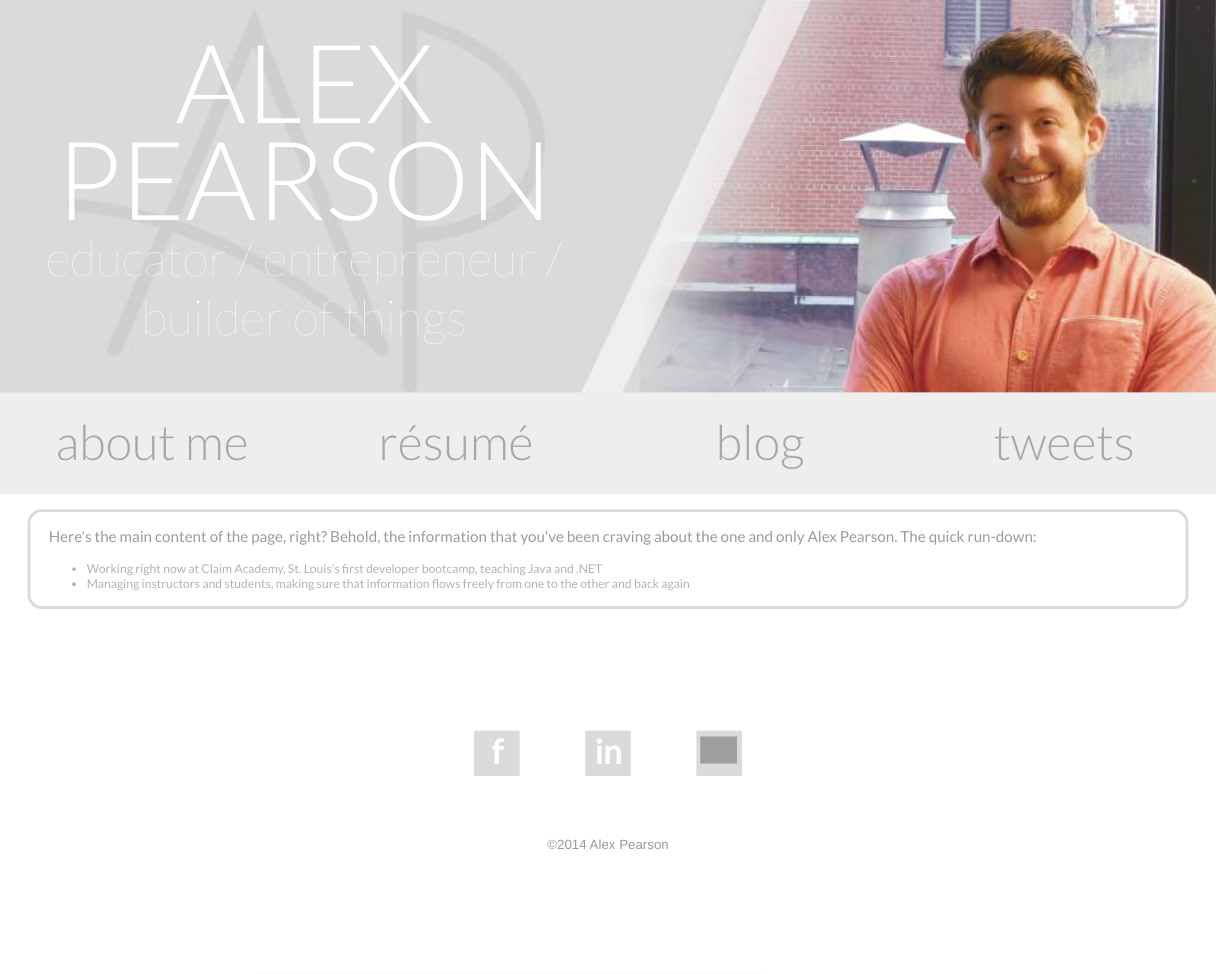
Repository: NAlexPear/personal-page
Page: tweets/index.html
The author's editor kept a record of every edit. The page is drawn from the files as they stood at one moment, then again after the next edit.
The browser window is 1280 px wide. The pictures show the whole page, at 95% of full size.
Pictures or frames that could not be fetched are drawn as grey boxes.

Above is the page before.

### tweets/index.html
<!DOCTYPE html>
<html lang="en-us">

<head>
<meta charset="utf-8">
<!-- Set the viewport width to device width for mobile -->
<meta name="viewport" content="width=device-width, initial-scale=1, maximum-scale=1, user-scalable=0">
<link rel="shortcut icon" href="../theme/images/favicon.ico" type="image/x-icon">
<link rel="icon" href="../theme/images/favicon.ico" type="image/x-icon">
<title>Alex Pearson</title>
<!-- Included CSS Files -->
<link rel="stylesheet" href="../theme/css/maintemplate2.css">
<!-- IE Fix for HTML5 Tags -->
<!--[if lt IE 9]>
		<script src="http://html5shiv.googlecode.com/svn/trunk/html5.js"></script>
	<![endif]-->

<link rel="canonical" href="http://alexpear.com">
<link rel="shortlink" href="http://alexpear.com">

<link href='https://fonts.googleapis.com/css?family=Lato:100,300,400' rel='stylesheet' type='text/css'>

<!--Scripts below-->
<script type="text/javascript" src="../theme/js/analytics.js"></script>

</head>

<body>
    <div style="background-color: #EEEEEE;">
    <div class="topstuff">
        <img src="../theme/images/alexsmilin3.jpg" width="100%" height="auto"></img>
        <div class="splash">
            <div id="splashname">
                ALEX PEARSON
            </div>
            <div id="splashtag">
                educator / entrepreneur / builder of things
            </div>
        </div>
    </div>
        <ul id="navbubbles">
            <li id="about">
                <div class="navreact">
                    <a href="http://www.alexpear.com/about" title="About Alex" alt="About Alex">
                        <div>about me</div>
                    </a>
                </div>
            </li>
            <li id="resume">
                <div class="navreact">
                    <a href="#" title="Alex's Resume" alt="Alex's Resume">
                        <div>résumé</div>
                    </a>
                </div>
            </li>
            <li id="blog">
                <div class="navreact">
                    <a href="#" title="Alex's Blog" alt="Alex's Blog">
                        <div>blog</div>
                    </a>
                </div>
            </li>
            <li id="blog">
                <div class="navreact">
                    <a href="#" title="Alex's Twitter Feed" alt="Alex's Tweets">
                        <div>tweets</div>
                    </a>
                </div>
            </li>
        </ul>
    </div>
    <div id="content-wrapper">
        <div id="content">
            <p>Here's the main content of the page, right? Behold, the information that you've been craving about the one and only Alex Pearson. The quick run-down:
            <ul>
                <li>Working right now at Claim Academy, St. Louis's first developer bootcamp, teaching Java and .NET</li>
                <li>Managing instructors and students, making sure that information flows freely from one to the other and back again</li>
            </ul>
            </p>

        </div>
    </div>

</body>
<footer>
    <div class="socialmedia">
        <ul id="socialmediabuttons">
            <li id="fb"><a href="https://www.facebook.com/alex.pearson.568" title="facebook">f</a></li>
            <li id="in"><a href="https://www.linkedin.com/pub/alex-pearson/a4/492/a16" title="linkedin">in</a></li>
            <li id="twit"><a href="https://twitter.com/NAlexPearson" title="twitter"><img src="http://i.imgur.com/KlB8yzw.png" width="80%"></a></li>

        </ul>
    </div>
    <div class="copyright">©2014 Alex Pearson</div>
</footer>

### theme/css/maintemplate2.css
html{
    -webkit-font-smoothing: antialised;
    margin:0;
}

body{
    background-color: rgb(255,255,255);
    margin:0;
}

p {
    font-family: georgia, "Times New Roman";
    font-size: 4vw;
    color: rgb(155,155,155);
}

a {
    text-decoration: none;
    color: rgba(100,100,100,0.7);
}

a:hover {
    color: rgba(100,100,100,1.0);
}

.topstuff{
    width: 100%;
}

.splash {
    width: 50%;
    position: absolute;
    margin-top: -30%;
}

#content-wrapper{
    width:95%;
    margin-left:auto;
    margin-right:auto;
    border: 0.2em solid #dadada;
    border-radius: 15px;
}

#content{
    padding-left:1.5vw;
    padding-right:1.5vw;
}

#content p{
    font-size:1em;
    font-family:'Lato', 'Helvetica', 'sans-serif';
}

#content ul{
    font-family: 'Lato', 'Helvetica', 'sans-serif';
    font-size: 0.8em;
    opacity: 0.3;
}

#splashname{
    position:relative;
    font-family: 'Lato', "sans-serif";
    text-align: center;
    font-weight: 300;
    font-size:9vw;
    line-height:90%;
    padding-bottom: 0vw;
    color: rgb(255,255,255);
}

#splashtag{
    position:relative;
    font-family:'Lato',"Sans-Serif";
    font-size:4vw;
    font-weight: 100;
    color: rgb(255,255,255);
    text-align: center;
}

#navbubbles{
    list-style-type:none;
    display:table;
    table-layout:fixed;
    width: 100%;
    padding-bottom: 2vw;
    padding-left: 0px;
}

#navbubbles li{
    display: table-cell;
    text-align: center;
    font-family: 'Lato', "Sans-Serif";
    font-size: 4vw;
    font-weight: 300;
    color:#ffffff;;
}

.navreact a{

   color:#A8A8A8;
  -o-transition:.5s color;
  -ms-transition:.5s color;
  -moz-transition:.5s color;
  -webkit-transition:.5s color;
   transition: .5s color;
}

.navreact a:hover{
    color: #51504f;
}




.socialmedia{
    margin-top: 10%;
}

footer ul { list-style: none; margin: 0 auto; overflow: hidden; padding: 0; width: 50%; min-width:200px; max-width:350px;
    margin-left: auto;
    margin-right: auto;
    display: table;
    table-layout:fixed;
}
footer ul li {display: table-cell; font-family: lato, "sans-serif"; font-size: 2.2em; font-weight: bold;}
footer ul li:last-child {margin-right: 0; }
footer ul li a { background: #DADADA; display:block; color: #fff; overflow: hidden; text-decoration: none; -webkit-transition: all .3s ease; width: 48px; height: 48px;margin-left:auto;margin-right:auto;}
footer ul li a:hover, footer ul li a:focus, footer ul li a:active { background: #51504f; color: #fff; }

#socialmediabuttons {
    text-align: center;
    /*direction:ltr;*/
}

#in{
    font-weight: bolder;
}

.copyright {
    margin-top:5%;
    margin-bottom:10%;
    text-align: center;
    font-family: helvetica, "Sans-Serif";
    font-size: 14px;
    opacity: 0.4;
}

### theme/js/analytics.js
(function(i,s,o,g,r,a,m){i['GoogleAnalyticsObject']=r;i[r]=i[r]||function(){(i[r].q=i[r].q||[]).push(arguments)},i[r].l=1*new Date();a=s.createElement(o),m=s.getElementsByTagName(o)[0];a.async=1;a.src=g;m.parentNode.insertBefore(a,m)})(window,document,'script','//www.google-analytics.com/analytics.js','ga');ga('create','UA-56023800-1','auto');ga('send','pageview');

After the next edit:
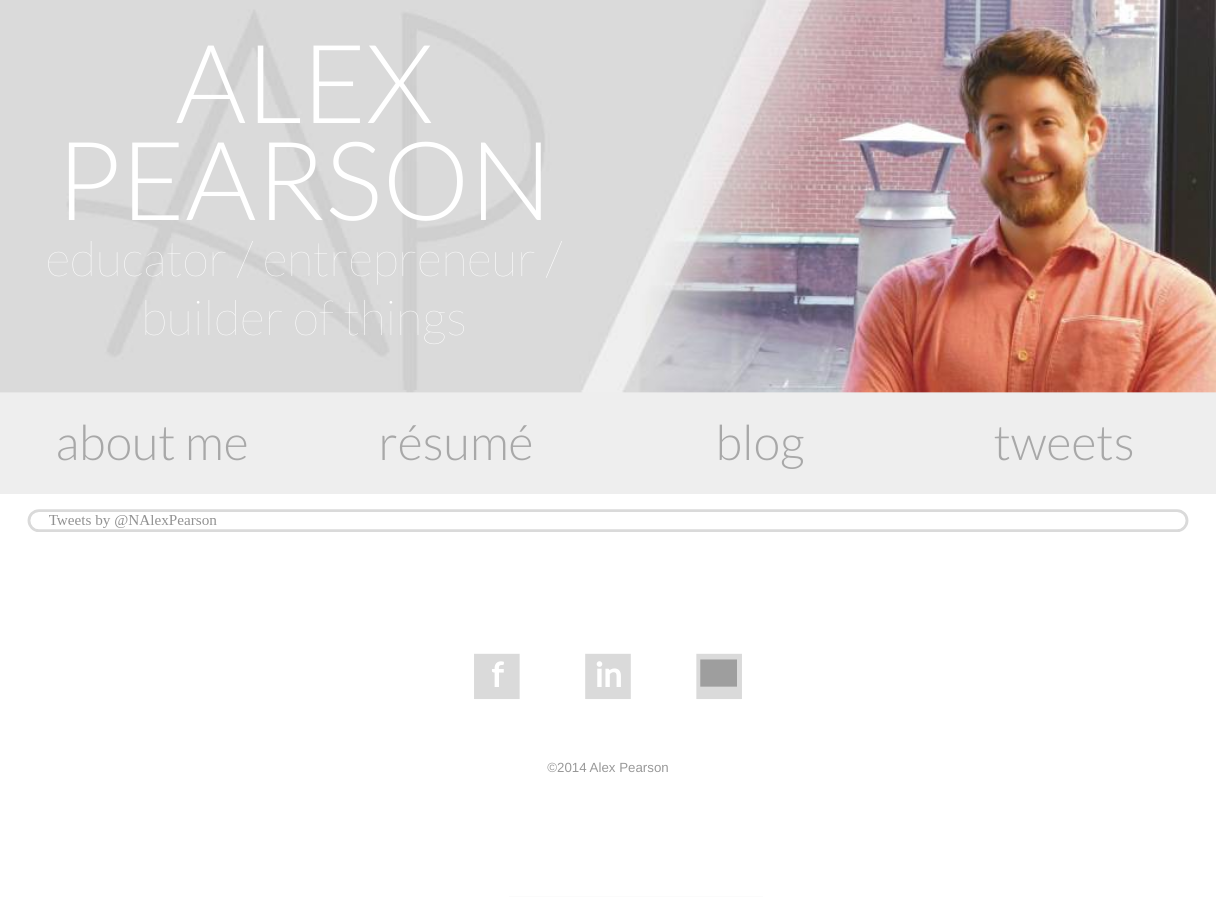
The edit:
--- a/tweets/index.html
+++ b/tweets/index.html
@@ -71,13 +71,8 @@
     </div>
     <div id="content-wrapper">
         <div id="content">
-            <p>Here's the main content of the page, right? Behold, the information that you've been craving about the one and only Alex Pearson. The quick run-down:
-            <ul>
-                <li>Working right now at Claim Academy, St. Louis's first developer bootcamp, teaching Java and .NET</li>
-                <li>Managing instructors and students, making sure that information flows freely from one to the other and back again</li>
-            </ul>
-            </p>
-
+           <a class="twitter-timeline" href="https://twitter.com/NAlexPearson" data-widget-id="522509965584384000">Tweets by @NAlexPearson</a>
+<script>!function(d,s,id){var js,fjs=d.getElementsByTagName(s)[0],p=/^http:/.test(d.location)?'http':'https';if(!d.getElementById(id)){js=d.createElement(s);js.id=id;js.src=p+"://platform.twitter.com/widgets.js";fjs.parentNode.insertBefore(js,fjs);}}(document,"script","twitter-wjs");</script>
         </div>
     </div>
 
